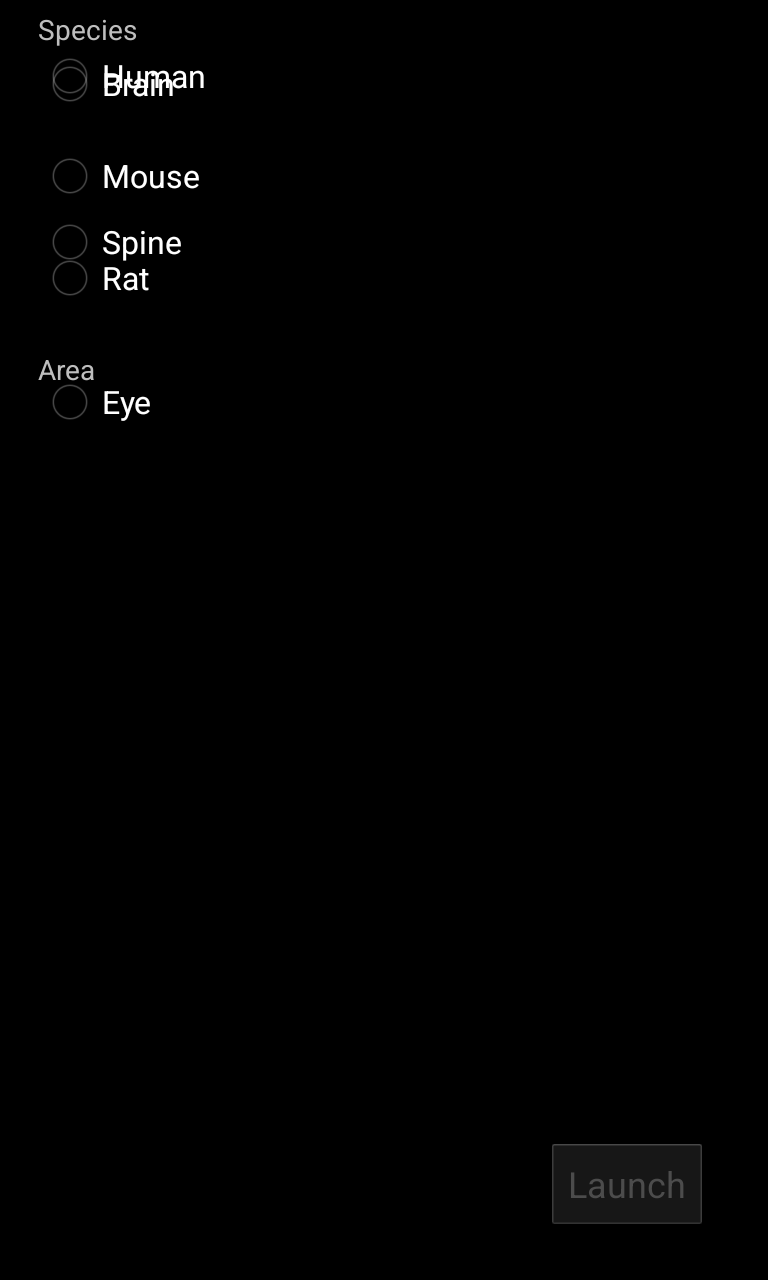
Repository: Ekarg/CSCE315Project3
Layout: Project3/res/layout/activity_main.xml
An editor plug-in stored every save of this project. The layout is shown before and after the next save, followed by the edit.
It is drawn on a 768 x 1280 px phone screen (xhdpi) without system bars, with theme android:Theme.Holo; the app's code is not run.

Above is the layout before, as saved 2013-11-27 19:56:25.

After the next save:
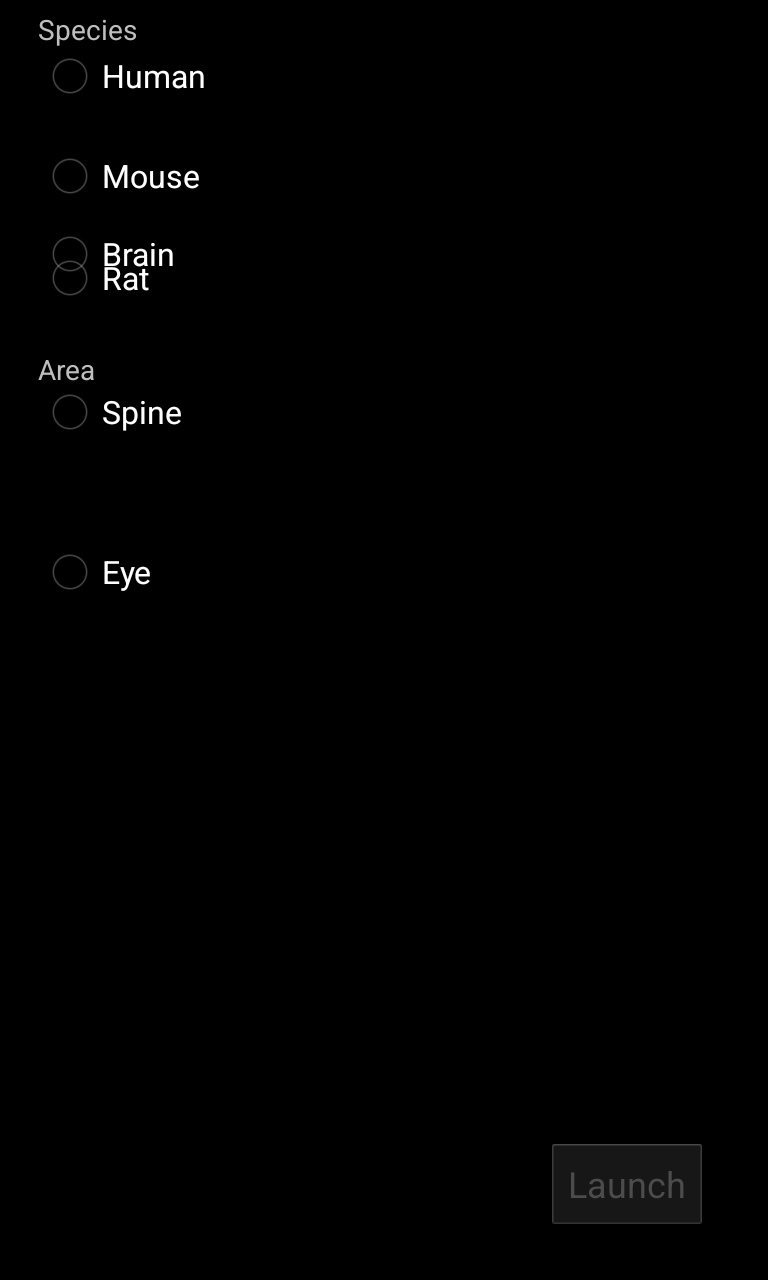
Saved 44 s later.
--- a/Project3/res/layout/activity_main.xml
+++ b/Project3/res/layout/activity_main.xml
@@ -82,6 +82,7 @@
         android:layout_width="fill_parent"
         android:layout_height="wrap_content"
         android:checked = "false"
+        android:layout_marginTop="46dp"
         android:layout_centerHorizontal="true"
         android:orientation="vertical" >
 
@@ -91,7 +92,7 @@
 	        android:layout_height="wrap_content"
 	        android:checked = "false"
 	        android:layout_marginLeft="14dp"
-	        android:layout_marginTop="21dp"
+	        android:layout_marginTop="60dp"
 	        android:text="@string/brain"
 	        android:onClick="onRadioButtonClicked" />
 
